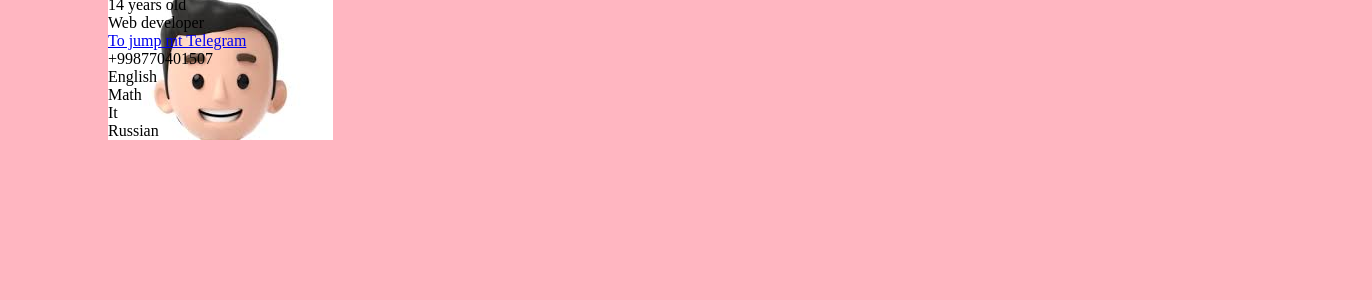
Repository: KHANas02/live-stream
Page: contact.html
An editor plug-in stored every save of this project. The page is shown before and after the next save, followed by the edit.
The browser window is 1280 px wide. The page is 1372 px wide, so the pictures cover 1372 px, including what lies to the right of the window. The pictures show the whole page.

Above is the page before, as saved 2024-03-25 07:37:57.

After the next save:
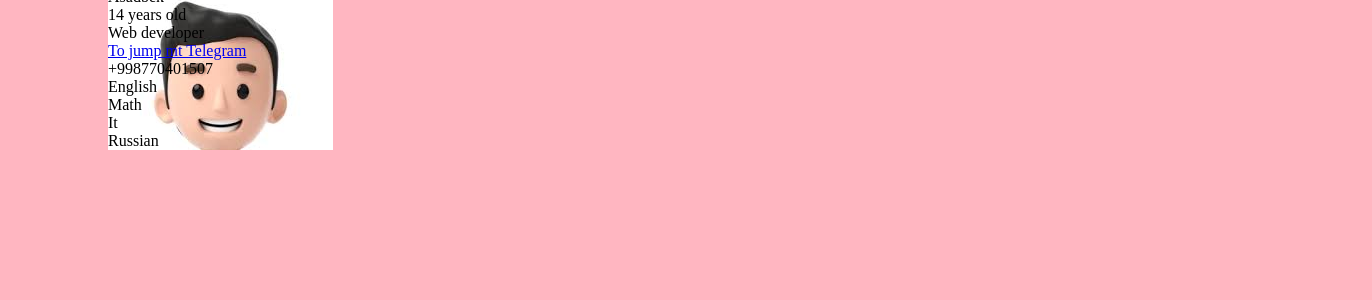
Saved 5 s later.
--- a/contact.html
+++ b/contact.html
@@ -21,7 +21,7 @@
        height: 50px; */
        position: relative;
         left: 100px;
-        bottom: 30px;
+        bottom: 20px;
         background-repeat: no-repeat;
     }
 
